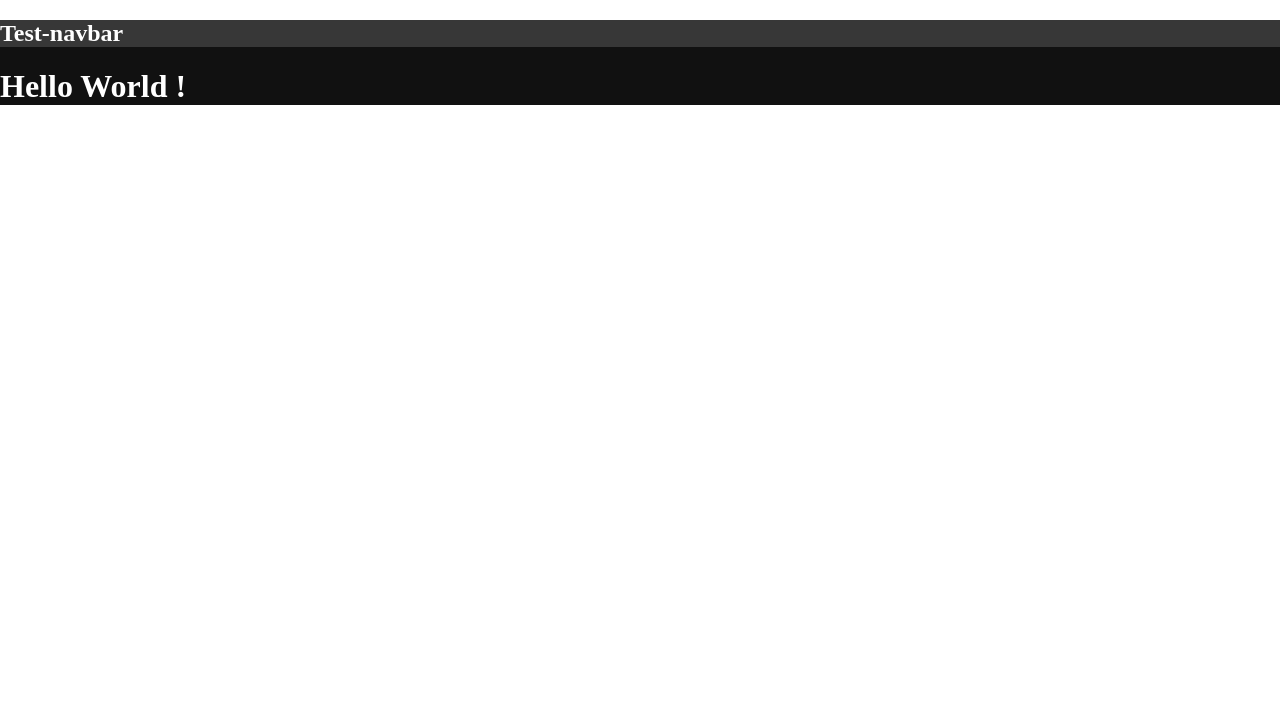
Repository: lolo298/lolo298.github.io
Page: index.html
The author's editor kept a copy of each file at every save. The page is drawn from the files as they stood at one save, then again after the next save.
The browser window is 1280 px wide. The pictures show the whole page.

Above is the page before, as saved 2022-05-09 16:32:13.

After the next save:
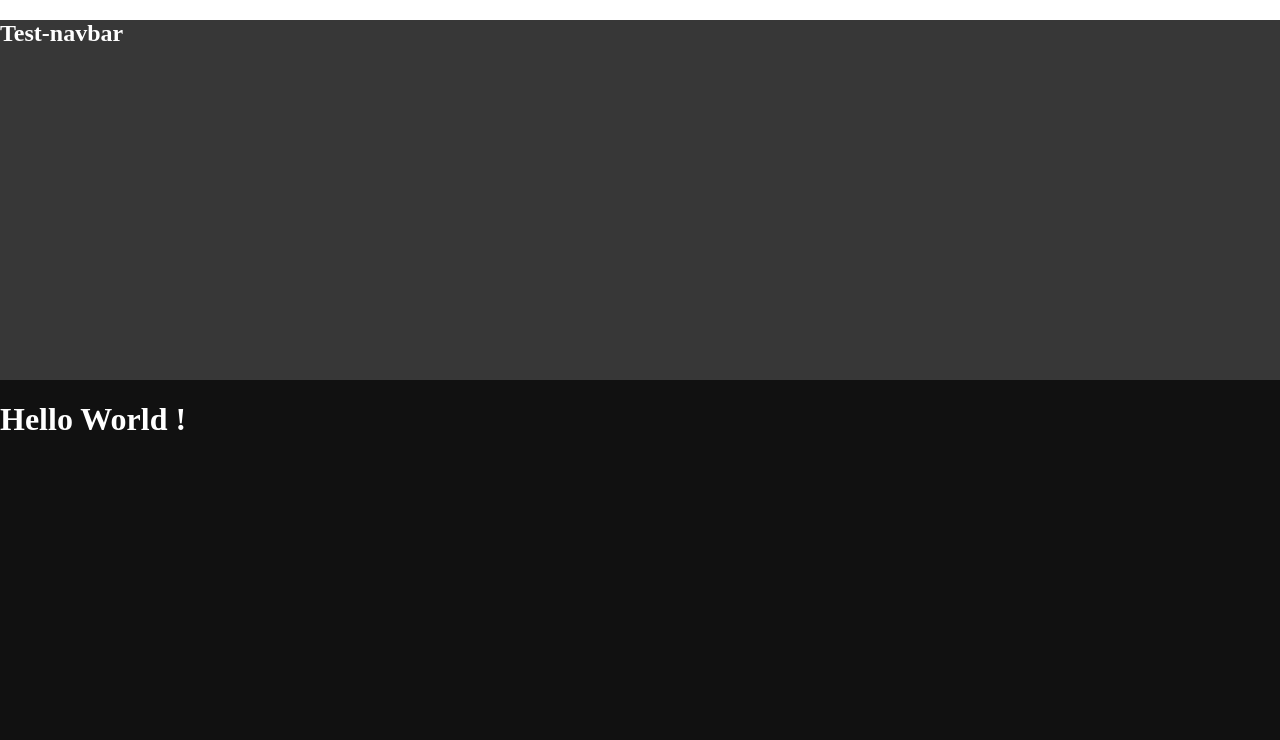
Saved 59 s later.
--- a/css/style.css
+++ b/css/style.css
@@ -1,8 +1,7 @@
 .main-container {
     background-color: #111111;
     color: white;
-    width: 100%;
-    height: 100%;
+    height: 100vh;
 }
 
 .main-navbar {
